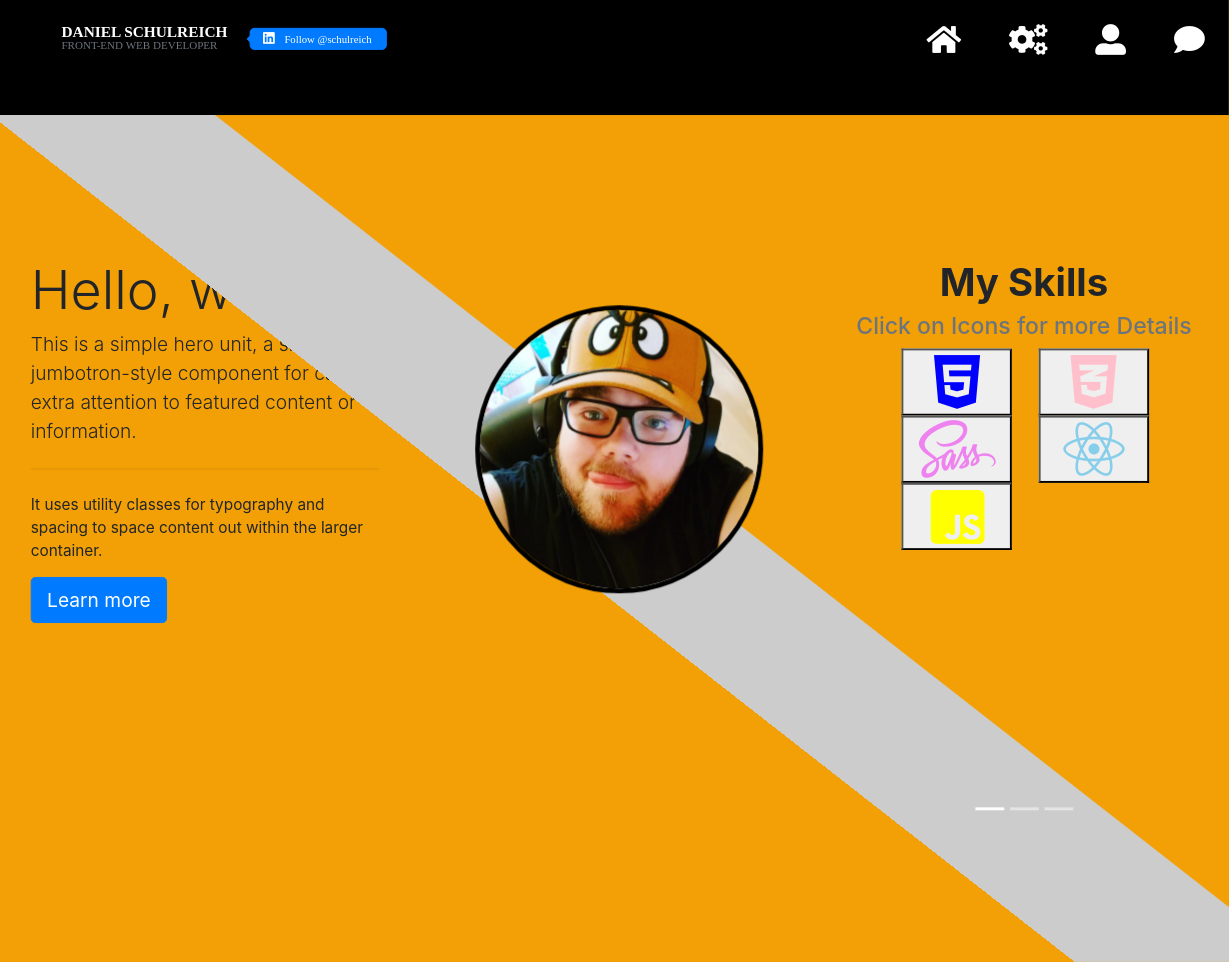
Repository: schulreich/my_portfolio
Page: portfolio.html
These files come from the project's save history. The page is drawn as it stood at one moment and after the next save; the edit follows.
The browser window is 1280 px wide. The pictures show the whole page, at 96% of full size.
Some web fonts or font styles are not loaded; a fallback is used. Some web libraries are served in a nearby version.

Above is the page before, as saved 2020-06-17 19:04:32.

After the next save:
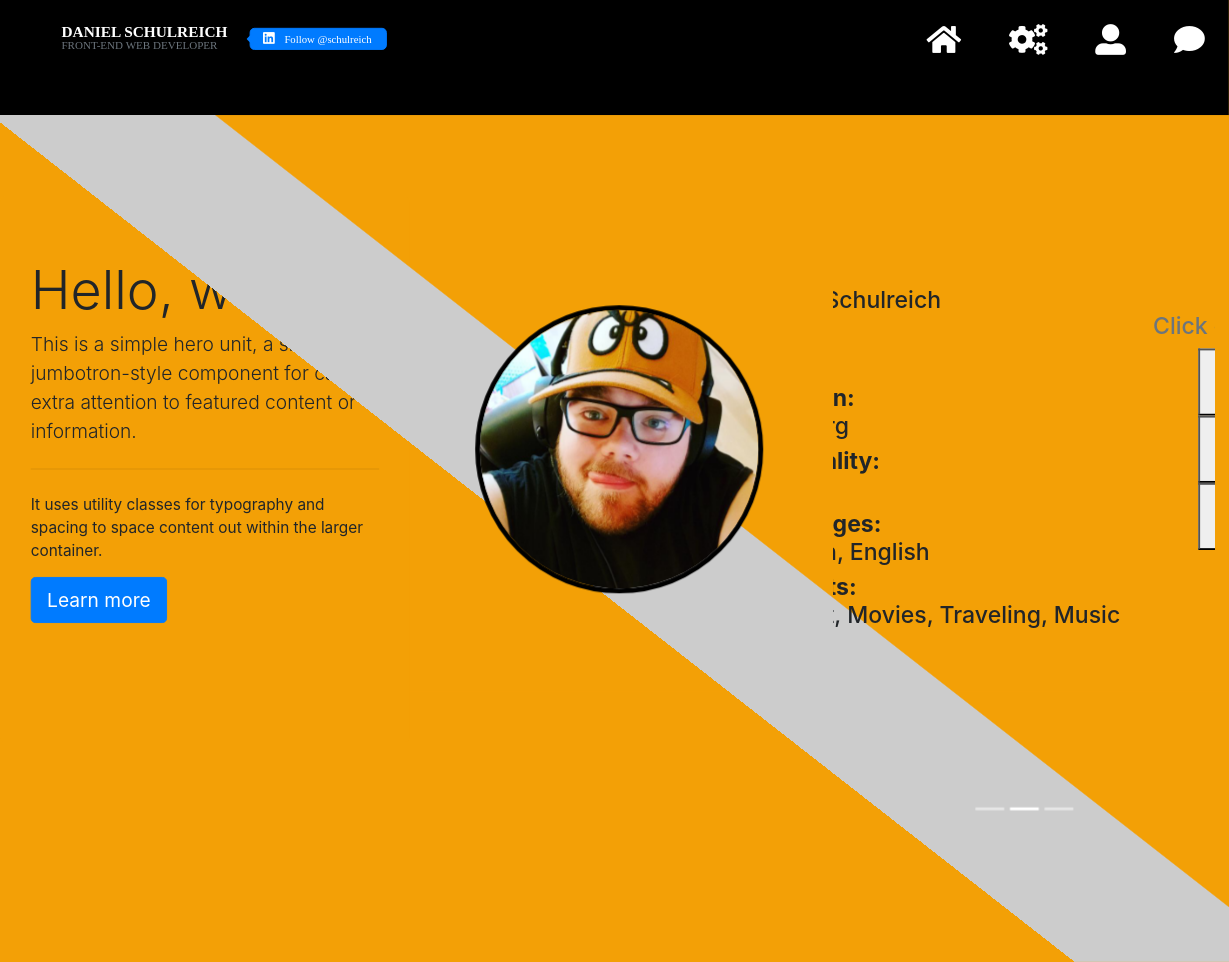
Saved 24 s later.
--- a/portfolio.html
+++ b/portfolio.html
@@ -169,7 +169,6 @@
                 <li data-target="#carouselExampleIndicators" data-slide-to="2"></li>
               </ol>
     <div class="carousel-inner">
-      <!--
         <div class="carousel-item active">
               <h4><strong>Name:</strong> <br> Daniel Schulreich</h4>
               <h4><strong>Age:</strong> <br> 32</h4>
@@ -178,8 +177,7 @@
               <h4><strong>Languages:</strong> <br> German, English</h4>
               <h4><strong>Interests:</strong> <br> E-Sport, Movies, Traveling, Music</h4>
         </div>
-      -->
-        <div class="carousel-item active">
+        <div class="carousel-item">
             <aside class="skills text-center">
               <h1><strong>My Skills</strong></h1>
               <h4 class="text-muted">Click on Icons for more Details</h4>
@@ -199,7 +197,6 @@
               </div>
             </aside>
         </div>
-      <!--
         <div class="carousel-item">
             <aside class="projects">
                 <h1>Projects</h1>
@@ -211,7 +208,6 @@
                 <img src="images/thumbnail-4.png" class="img-thumbnail thumbnail" data-toggle="modal" data-target=".bd-register-example-modal-lg" alt="...">
             </aside>
         </div>
-        -->
     </div>
 </aside>
 
